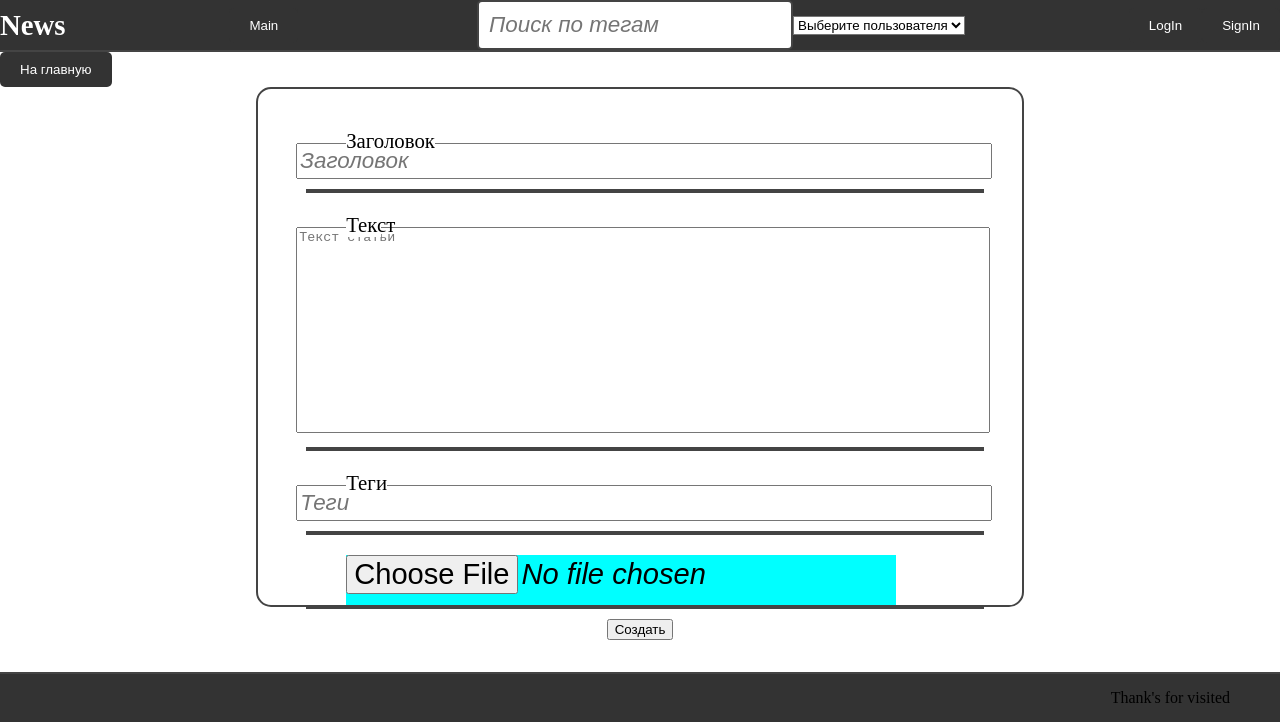
Repository: Igor-Blazhko/news_frontend
Page: /CreatePost
An editor plug-in stored every save of this project. The page is shown before and after a run of saves, followed by the edit.
The browser window is 1280 px wide. The pictures show the whole page.
The project was rebuilt for these pictures with package versions that can differ from the ones it lists, and the page was loaded fresh each time. Also part of the build but not shown: vite.config.ts, src/components/allPost/onePost/onePost.module.css, src/components/allPost/onePost/onePost.tsx, src/components/allPost/allPost.tsx, src/components/auth/logIn/login.module.css, src/components/auth/logIn/login.tsx, src/components/auth/register/register.tsx, src/components/pageOnePost/comments/comment.tsx and 2 more.

Above is the page before, as saved 2024-07-15 16:53:25.

### src/App.tsx
import Header from './components/header/header'
import AllPost from './components/allPost/allPost'
import Footer from './components/footer/footer'
import LogIn from './components/auth/logIn/login'
import { Page } from './types'
import SignIn from './components/auth/register/register'
import { BrowserRouter, Route, Routes } from 'react-router-dom'
import OnePost from './components/pageOnePost/OnePost'
import { Provider } from 'react-redux'
import { store } from './store'
import { QueryClient, QueryClientProvider } from '@tanstack/react-query'
import CreatePost  from './components/createPost/createPost'



const queryClient = new QueryClient();

function App() {

  return (
    <Provider store={store}>
      <QueryClientProvider client={queryClient}>
        <BrowserRouter>
        <Header></Header>
          <Routes>
            <Route path="*" element ={ <AllPost/> }/>
            <Route path={Page.LogIn} element ={ <LogIn/> }/>
            <Route path={Page.SignIn} element ={ <SignIn/> }/>
            <Route path={Page.CreatePost} element ={ <CreatePost/> }/>
            <Route path={Page.OnePost+'/:id'} element ={ <OnePost/> }/>
          </Routes>
        <Footer></Footer>
        </BrowserRouter>
      </QueryClientProvider>
    </Provider>
  )
}

export default App

### src/index.css
body{
  margin: 0;
  padding: 0;
  width: 100vw;
  min-height: 100vh;
  overflow-x: hidden;
}

main{
  min-height: calc(100vh - 100px);
}

### src/components/header/header.tsx

import { Link } from 'react-router-dom';
import Button from '../simplyComponents/button/button';
import styles from './header.module.css'
import ButtonAuth  from './buttonAuth/buttonAuth';
import Filter from './filter/filter';


export default function Header() {
        return (
        <header className={styles.header}>
            <div className={styles.logo}>
                News
            </div>
            <nav>
                <Link to="">
                    <Button>Main</Button>
                </Link>
            </nav>
            <Filter/>
            <ButtonAuth/>
        </header>
    )
}

### src/components/footer/footer.tsx
import { Link } from 'react-router-dom'
import styles from './footer.module.css'
import { Page } from '../../types'
import Button from '../simplyComponents/button/button'
import { useSelector } from 'react-redux'
import { States } from '../../store'

export default function Footer(){
    const JWT = useSelector( (state:States) => state.JWT)
    return(
        <footer className={styles.footer}>
            {
            JWT &&
            <Link to={'/'+Page.CreatePost}>
                <Button>Создать пост</Button>
            </Link>
            }

            <div className={styles.text}>Thank's for visited</div>
        </footer>
    )
}

### src/types.ts
export const enum Page {
    LogIn = 'LogIn',
    SignIn = 'SignIn',
    AllPost = 'AllPost',
    OnePost = 'OnePost',
    CreatePost = 'CreatePost',
}

export class ObjectToken {
    private readonly access_token:string;
    constructor(access_token:string){
        this.access_token = access_token;
    }
}

export class HTTPExeption{
    private readonly response:string;
    private readonly status:number;
    private readonly message:string;
    private readonly name:string;
    constructor(response:string, status:number, message:string, name:string){
        this.response = response;
        this.status = status;
        this.message = message;
        this.name = name;
    }
}

### src/store.ts
import { createStore } from '@reduxjs/toolkit'
import cooks from './basefunction';

export interface States{
  tagfilter: string[],
  userfilter: number,
  JWT:string|undefined,
  location: string,
}

const defaultState:States = {
  tagfilter: [],
  userfilter: 0,
  JWT: cooks.getJWT(),
  location: '*',
}

type Action = {
  type:string,
  buffer?:string,
  userId?:number,
  JWT?:string,
}
const reducer = (state = defaultState, action:Action) => {
  switch (action.type){
    case 'Filter':
      if (( 'buffer' in action) && (action.buffer !== undefined)) {
        const arr = action.buffer.split(' ');
        state = {...state,
          tagfilter: arr,
        }
      }
      return state;
    case 'setUserFilter':
      if (( 'userId' in action) && (action.userId !== undefined)) {
        state = {...state,
          userfilter: action.userId,
        }
      }
      return state
    case 'SetJWT':
      if ( ('JWT' in action) && (action.JWT !== undefined) ){
        state = {...state,
          JWT: action.JWT,
        }
        cooks.LogIn(action.JWT)
      // document.cookie = `JWT_token=${action.JWT}`
      }
      return state;
    case 'DelJwt':
      state = {
        ...state,
        JWT:'',
      }
      cooks.LogOut()
      return state;
    case 'setLocation':
      state = {
        ...state,
        location: location.pathname,
      }
      return state;
    case 'dropLocation':
      state = {
        ...state,
        location: '*',
      }
      return state;
    default:
      return state;
  }
}

export const store = createStore(reducer)

### src/components/createPost/createPost.tsx
import { Link } from "react-router-dom";
import { Page } from "../../types";
import Button from "../simplyComponents/button/button";
import SERVER from "../../dataServer";
import styles from "./createPost.module.css"

export default function CreatePost(){

    return (
        <main>
            <Link to={'/'}>
                <Button>На главную</Button>
            </Link>
            <div>
                <form action={SERVER.POST.News.create} method="post" className={styles.form}>
                    <div className={styles.article}>
                        <label htmlFor="article" className={styles.article} >Заголовок</label>
                        <input type="text" name="article" maxLength={254} placeholder="Заголовок" className={styles.article}/>
                    </div>
                    <div className={styles.text}>
                        <div className={styles.label}>Текст</div>
                        <textarea name="text" placeholder="Текст статьи" className={styles.text}/>
                    </div>
                    <div className={styles.tags}>
                        <label htmlFor="tags" className={styles.tags}>Теги</label>
                        <input type="text" name="tags" placeholder="Теги"  className={styles.tags}/>
                    </div>
                    <div className={styles.file}>
                        <label htmlFor="file" className={styles.file}>
                            <input type="file" name="file" className={styles.file} hidden/>
                        </label>
                    </div>
                    <button type="submit" className={styles.btn}>Создать</button>
                </form>
            </div>
        </main>

    )
}

### src/components/simplyComponents/button/button.tsx
import { MouseEventHandler, ReactNode } from 'react'
import styles from './button.module.css'
type Button = {
    text?:string,
    children?:ReactNode
    onClick?:MouseEventHandler<HTMLButtonElement>
}

export default function Button(props:Button){

    return(
        <button className={styles.button} onClick={props.onClick}>{props.children}</button>
    )
}

### src/components/header/header.module.css
header {
    background-color: #333;
    display: flex;
    justify-content: space-between;
    align-items: center;
    border-bottom: 2px solid #444;
    box-sizing: border-box;
    min-height: 50px;
}

.logo {
    font-size: 1.8em;
    font-weight: bold;
    color: #fff;
}



  .filter {
    display: flex;
    align-items: center;
  }

  .filter input,
  .filterselect {
    padding: 8px 10px;
    margin-left: 15px;
    border: 2px solid #444;
    border-radius: 5px;
    transition: border-color 0.3s ease;
  }

  .filter input:focus,
  .filter select:focus {
    border-color: #888;
  }

  .filter select {
    background-color: #fff;
}

### src/components/header/buttonAuth/buttonAuth.tsx
import { useDispatch, useSelector } from "react-redux"
import { States } from "../../../store"
import cooks from "../../../basefunction";
import Button from "../../simplyComponents/button/button";
import { Link } from "react-router-dom";
import { Page } from "../../../types";

export default function ButtonAuth(){

    const JWT = useSelector( (state:States) => state.JWT);
    const dispatch = useDispatch();

    function LogOut(){
        dispatch({
            type: 'DelJwt',
        })
    }

    return (
        <>
            {
                JWT?
                <div className="auth">
                    <Button onClick={LogOut}>LogOut</Button>
                </div>
                :
                <div className="auth">
                    <Link to={Page.LogIn}>
                        <Button>LogIn</Button>
                    </Link>
                    <Link to={Page.SignIn}>
                        <Button>SignIn</Button>
                    </Link>
                </div>
                }
        </>
    )
}

### src/components/header/filter/filter.tsx

import { useEffect, useState } from 'react'
import { User } from '../../pageOnePost/types/types'
import styles from '../header.module.css'
import { useDispatch } from 'react-redux'

export default function Filter(){
    const [users, setUsers] = useState([ {
        id: 1,
        name: 'igor',
        sername: 'Blazhko',
        login: 'user1',
    }])
    const [change, setChange] = useState(false)
    const dispatch = useDispatch()

    useEffect(() => {
        const users = [
            {
                id: 1,
                name: 'igor',
                sername: 'Blazhko',
                login: 'user1',
            },
            {
                id: 2,
                name: 'igor',
                sername: 'Tokin',
                login: 'user2',
            },
            {
                id: 3,
                name: 'igor',
                sername: 'Lankin',
                login: 'user3',
            },
        ];
        setUsers(users);
        // setLog(JWT)
    },[])

    function changeFilter(event:React.ChangeEvent<HTMLInputElement>){
        dispatch({
            type:'Filter',
            buffer: event.target.value,
        })
    }

    function changeUser(event) {
        dispatch({
            type:'setUserFilter',
            userId: +event.target.value,
        })
        if ( +event.target.value ) setChange(true)
        else setChange(false)
    }

    return (
            <div className={styles.filter}>
                <input type="text" placeholder="Поиск по тегам" onChange={changeFilter}/>
                <select onChange={changeUser} defaultValue="option0">
                    <option value="0">
                        { change? 'Cбросить фильтрацию': 'Выберите пользователя'}
                    </option>
                    {
                        users.map((user:User)=> <option key = {user.id} value={user.id}>{user.name} {user.sername}</option>)
                    }
                </select>
            </div>
    )
}

### src/components/allPost/allPost.module.css

main {
    display: flex;
    flex-direction: column;
    row-gap: 25px;
  }

### src/dataServer.ts


const SERVER = {
    base: 'http://192.168.3.37:5000/',
    POST: {
        register: 'http://127.0.0.1:5000/auth/registration',
        login: 'http://127.0.0.1:5000/auth/login',
        comments: {
            createCom: 'http://127.0.0.1:5000/comments',
        },
        News: {
            create: 'http://127.0.0.1:5000/news',
        }
    },
    GET: {
        allNews: 'http://127.0.0.1:5000/news',
        oneNews: 'http://127.0.0.1:5000/news?id=',
        getAllCommentByPostId: 'http://127.0.0.1:5000/comments?id=',
    }
}
export default SERVER;

### src/components/footer/footer.module.css
footer {
    width: 100vw;
    background-color: #333;
    min-height: 50px;
    border-top: 2px solid #444;
    display: flex;
    justify-content: flex-end;
    align-items: center;
    box-sizing: border-box;
}

.text{
    margin-right: 50px;
}

### src/components/pageOnePost/OnePost.module.css
main{
  display: block;
}
.post_content_full {
    display: flex;
    flex-direction: column;
    align-items: center;
    text-align: center;
    animation: slideIn 0.5s ease-in-out;
  }

  .post_image {
    width: 150px;
    height: 150px;
    margin-bottom: 20px;
  }

  .post_title_full {
    font-size: 2em;
    margin-bottom: 20px;
  }

  .post_text_full {
    font-size: 1.2em;
    margin-bottom: 40px;
  }

  .comments {
    background-color: #fff;
    padding: 20px;
    border: 1px solid #ccc;
    border-radius: 10px;
    margin-top: 20px;
  }



  .comments h3 {
    font-size: 1.5em;
    margin-bottom: 10px;
  }

  .comment {
    margin-bottom: 10px;
    padding: 10px;
    border: 1px solid #ccc;
    border-radius: 5px;
    background-color: #fafafa;
  }

  .comment p {
    font-size: 1.2em;
  }

  .comment_form {
    margin-top: 20px;
  }

  .comment_form textarea {
    width: 100%;
    padding: 10px;
    margin-bottom: 10px;
    border: 1px solid #ccc;
    border-radius: 5px;
    resize: vertical;
    transition: border-color 0.3s ease;
  }

  .comment_form textarea:focus {
    border-color: #888;
  }

  .comment_form button {
    padding: 10px;
    border: none;
    border-radius: 5px;
    background-color: #333;
    color: #fff;
    cursor: pointer;
    transition: background-color 0.3s ease, transform 0.3s ease;
  }

  .comment_form button:hover {
    background-color: #444;
    transform: translateY(-3px);
  }

### src/basefunction.ts
import { useDispatch } from "react-redux";

class Cookie {
    getCookie(name:string) {
        let matches = document.cookie.match(new RegExp(
          "(?:^|; )" + name.replace(/([\.$?*|{}\(\)\[\]\\\/\+^])/g, '\\$1') + "=([^;]*)"
        ));
        return matches ? decodeURIComponent(matches[1]) : undefined;
    }

    setCookie(name:string, value:string, options = {}) {

        options = {
          path: '/',
          // при необходимости добавьте другие значения по умолчанию
          ...options
        };

        if (options.expires instanceof Date) {
          options.expires = options.expires.toUTCString();
        }

        let updatedCookie = encodeURIComponent(name) + "=" + encodeURIComponent(value);

        for (let optionKey in options) {
          updatedCookie += "; " + optionKey;
          let optionValue = options[optionKey];
          if (optionValue !== true) {
            updatedCookie += "=" + optionValue;
          }
        }

        document.cookie = updatedCookie;
    }

    deleteCookie(name:string) {
        this.setCookie(name, "", {
          'max-age': -1
        })
    }

    getJWT(){
        return this.getCookie('JWT_token')
    }

    LogIn(token:string){
        this.setCookie('JWT_token', token, {
            'max-age': 3600
          } )
    }

    LogOut(){
        this.setCookie('JWT_token', '', {
            'max-age': 3600
          } )
    }
}
const cooks = new Cookie()
export default cooks

### src/components/createPost/createPost.module.css
.form {
    border: 2px solid #444;
    border-radius: 15px;
    width: 60%;
    height: calc(100vh - 200px);
    margin: 0 auto;
    display: flex;
    flex-direction: column;
    justify-content: space-between;
    align-items: center;
    padding: 30px 0 ;
    box-sizing: border-box;
}

form>div{
    width: 90%;
}

label, .label {
    position: relative;
    top: 10px;
    left: 50px;
    z-index: 2;
    background-color: white;
    font-size: 1.3em;
    transition: all 0.3s ease-in-out;
}
div:has(input:focus)>label{
    transition: all 0.2s  ease-in;
    top: 0;
}
textarea{
	resize: none;
    width: 100%;
    height: 200px;
}

.label {
    width: 5%;
}
div:has(textarea:focus) .label{
    top: 0;
}
input{
    width: 100%;
    height: 30px;
    font-size: 1.4em;
    font-style: italic;
    display: block;
}

form>div:after{
    display: block;
    width: 98%;
    background-color: #444;
    border: 2px solid #444;
    content: "";
    margin: 10px;
}

label.file{
    display: block;
    background-color: aqua;
    width: 80%;
    height: 50px;
}

input[type='file']{
    width: 100%;
    height: 100%;
    background-color: rgb(12, 14, 14)ua;
    opacity: 10;
}

### src/components/simplyComponents/button/button.module.css
.button {
    padding: 10px 20px;
    background-color: #333;
    color: #fff;
    border: none;
    border-radius: 5px;
    cursor: pointer;
    transition: background-color 0.3s ease, transform 0.3s ease;
    text-decoration: none;
}

.button:hover {
    background-color: #444;
    transform: translateY(-3px);
}

Loaded but not shown: index.html (common file); src/main.tsx (common file)

After the next 2 saves:
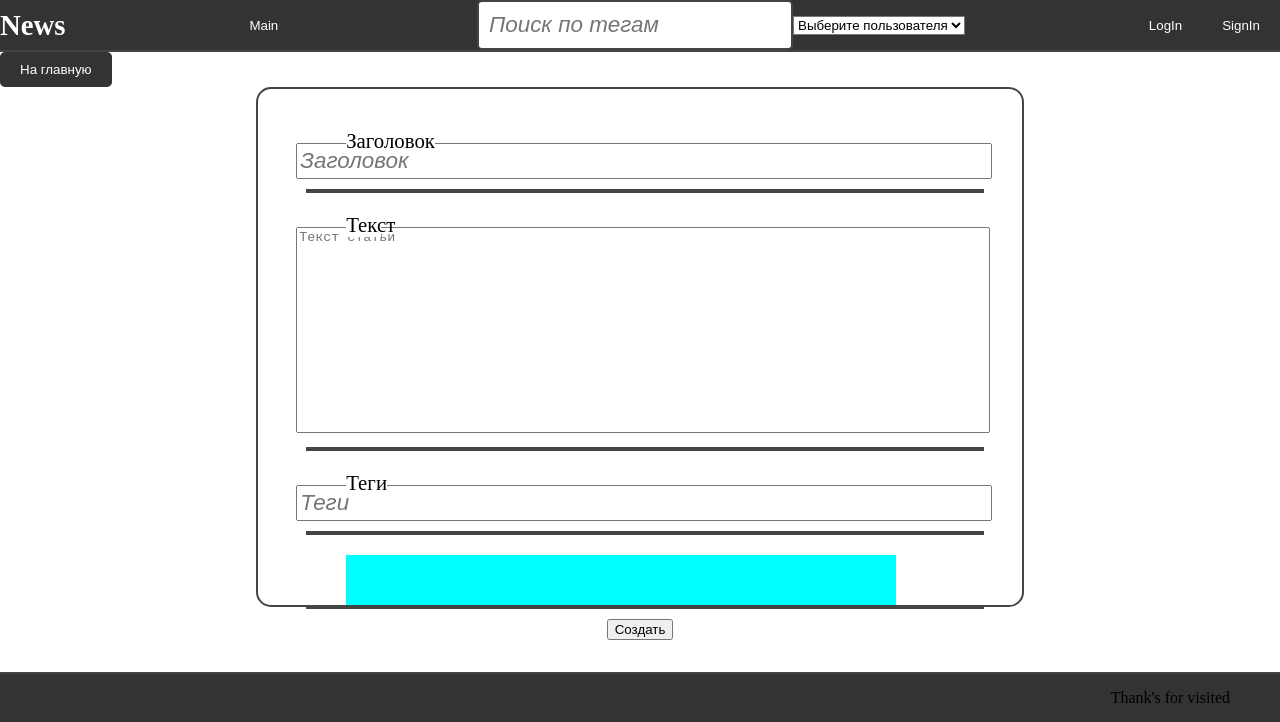
The 2 saves are shown as one change because they came seconds apart.
The last was saved 39 s later.
--- a/src/components/createPost/createPost.module.css
+++ b/src/components/createPost/createPost.module.css
@@ -69,5 +69,5 @@ input[type='file']{
     width: 100%;
     height: 100%;
     background-color: rgb(12, 14, 14)ua;
-    opacity: 10;
+    opacity: 0;
 }
